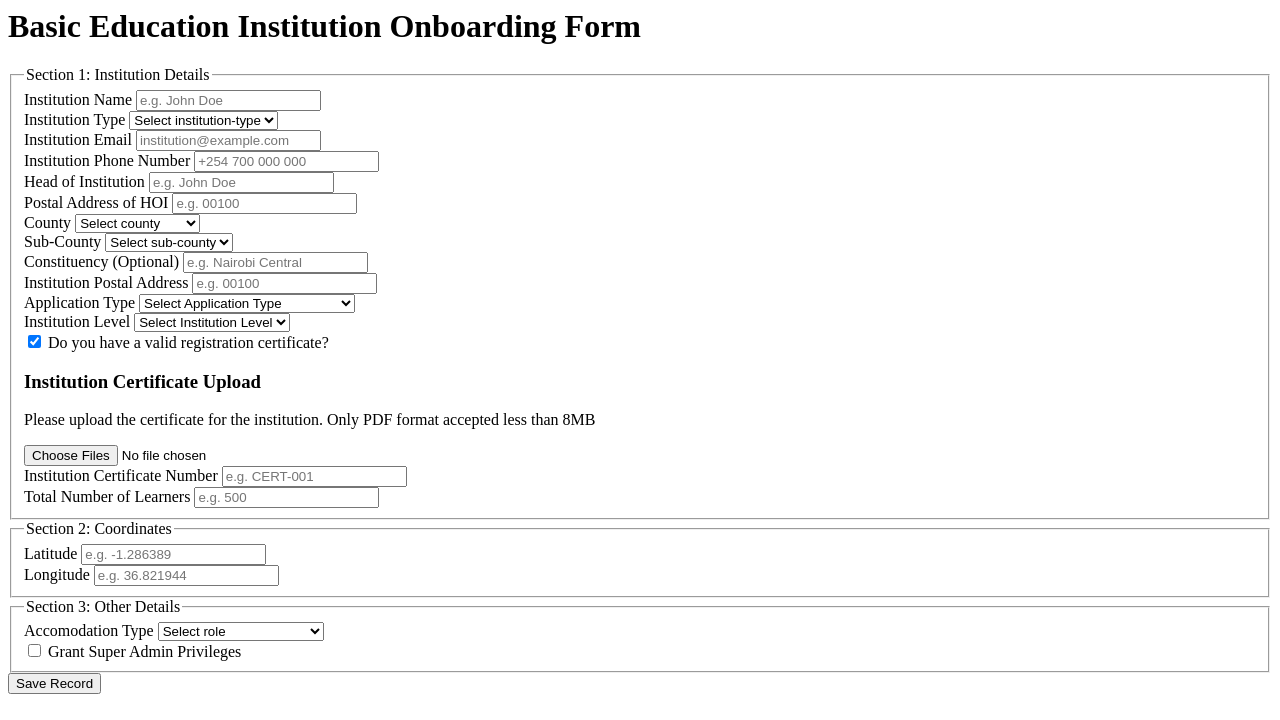
Repository: ndirituart/KEMIS
Page: angular-client/src/app/pages/basic-education/basic-education.html
An editor plug-in stored every save of this project. The page is shown before and after a run of saves, followed by the edit.
The browser window is 1280 px wide. The pictures show the whole page.

Above is the page before, as saved 2026-10-20 21:45:35.

### angular-client/src/app/pages/basic-education/basic-education.html
<div class="kemis-form-wrapper">
<form class="kemis-form" (ngSubmit)="onSubmit()" #myForm="ngForm">
<h1 class="text-center mb-4">Basic Education Institution Onboarding Form</h1>
  <!-- ========================================== -->
  <!-- Section 1: Institution Details                -->
  <!-- ========================================== -->
  <fieldset class="mb-4 p-3 border rounded">
    <legend class="float-none w-auto px-2 fs-5 fw-bold text-primary">Section 1: Institution Details</legend>

    <div class="row g-3">
      <!-- Institution Name -->
      <div class="col-md-6">
        <label for="fullName" class="form-label fw-semibold">Institution Name</label>
        <input type="text" class="form-control" id="fullName" name="fullName" placeholder="e.g. John Doe" required>
      </div>

      <!-- Type of School based on Gender -->
      <div class="col-md-6">
        <label for="institution-type" class="form-label fw-semibold">Institution Type</label>
        <select class="form-select" id="institution-type" name="institution-type" required>
          <option value="" disabled selected>Select institution-type</option>
          <option value="Boy's School">Boy's School</option>
          <option value="Girl's School">Girl's School</option>
          <option value="Mixed School">Mixed School</option>
        </select>
      </div>

      <!-- Institution Email -->
      <div class="col-md-6">
        <label for="emailId" class="form-label fw-semibold">Institution Email</label>
        <input type="email" class="form-control" id="emailId" name="emailId" placeholder="institution@example.com" required>
      </div>

      <!-- Institution Phone Number -->
      <div class="col-md-6">
        <label for="phoneNumber" class="form-label fw-semibold">Institution Phone Number</label>
        <input type="tel" class="form-control" id="phoneNumber" name="phoneNumber" placeholder="+254 700 000 000" required>
      </div>

      <!-- Head of Institution -->
      <div class="col-md-6">
        <label for="headOfInstitution" class="form-label fw-semibold">Head of Institution</label>
        <input type="text" class="form-control" id="headOfInstitution" name="headOfInstitution" placeholder="e.g. John Doe" required>
      </div>

      <!-- Postal Address of HOI -->
      <div class="col-md-6">
        <label for="postalAddressHoi" class="form-label fw-semibold">Postal Address of HOI</label>
        <input type="text" class="form-control" id="postalAddressHoi" name="postalAddressHoi" placeholder="e.g. 00100" required>
      </div>

      <!--County List-->
      <div class="col-md-6">
        <label for="county" class="form-label fw-semibold">County</label>
        <select class="form-select" id="county" name="county" required>
          <option value="" disabled selected>Select county</option>
      <option value="baringo">Baringo</option>
      <option value="bomet">Bomet</option>
      <option value="bungoma">Bungoma</option>
      <option value="busia">Busia</option>
      <option value="elgeyo marakwet">Elgeyo Marakwet</option>
      <option value="embu">Embu</option>
      <option value="garissa">Garissa</option>
      <option value="homa bay">Homa Bay</option>
      <option value="isiolo">Isiolo</option>
      <option value="kajiado">Kajiado</option>
      <option value="kakamega">Kakamega</option>
      <option value="kericho">Kericho</option>
      <option value="kiambu">Kiambu</option>
      <option value="kilifi">Kilifi</option>
      <option value="kirinyaga">Kirinyaga</option>
      <option value="kisii">Kisii</option>
      <option value="kisumu">Kisumu</option>
      <option value="kitui">Kitui</option>
      <option value="kwale">Kwale</option>
      <option value="laikipia">Laikipia</option>
      <option value="lamu">Lamu</option>
      <option value="machakos">Machakos</option>
      <option value="makueni">Makueni</option>
      <option value="mandera">Mandera</option>
      <option value="meru">Meru</option>
      <option value="migori">Migori</option>
      <option value="marsabit">Marsabit</option>
      <option value="mombasa">Mombasa</option>
      <option value="muranga">Muranga</option>
      <option value="nairobi">Nairobi</option>
      <option value="nakuru">Nakuru</option>
      <option value="nandi">Nandi</option>
      <option value="narok">Narok</option>
      <option value="nyamira">Nyamira</option>
      <option value="nyandarua">Nyandarua</option>
      <option value="nyeri">Nyeri</option>
      <option value="samburu">Samburu</option>
      <option value="siaya">Siaya</option>
      <option value="taita taveta">Taita Taveta</option>
      <option value="tana river">Tana River</option>
      <option value="tharaka nithi">Tharaka Nithi</option>
      <option value="trans nzoia">Trans Nzoia</option>
      <option value="turkana">Turkana</option>
      <option value="uasin gishu">Uasin Gishu</option>
      <option value="vihiga">Vihiga</option>
      <option value="wajir">Wajir</option>
      <option value="pokot">West Pokot</option>
  </select>
      </div>

      <!--TO-DO: Nestsed array for Sub-County List dependent on county chosen-->
      <div class="col-md-6">
        <label for="subCounty" class="form-label fw-semibold">Sub-County</label>
        <select class="form-select" id="subCounty" name="subCounty" required>
          <option value="" disabled selected>Select sub-county</option>
        </select>
      </div>

      <!--Constituency Name OPTIONAL-->
      <div class="col-md-6">
        <label for="constituency" class="form-label fw-semibold">Constituency (Optional)</label>
        <input type="text" class="form-control" id="constituency" name="constituency" placeholder="e.g. Nairobi Central">
      </div>

      <!--Institution Postal Address-->
      <div class="col-md-6">
        <label for="postalAddressInstitution" class="form-label fw-semibold">Institution Postal Address</label>
        <input type="text" class="form-control" id="postalAddressInstitution" name="postalAddressInstitution" placeholder="e.g. 00100" required>
      </div>

       <!-- Application Type -->
      <div class="col-md-6">
        <label for="application-type" class="form-label fw-semibold">Application Type</label>
        <select class="form-select" id="application-type" name="application-type" required>
          <option value="" disabled selected>Select Application Type</option>
          <option value="Regular School">Regular School</option>
          <option value="Regular School with Special Unit">Regular School with Special Unit</option>
          <option value="Special School">Special School</option>
        </select>
      </div>

       <!-- Institution Level -->
      <div class="col-md-6">
        <label for="institution-level" class="form-label fw-semibold">Institution Level</label>
        <select class="form-select" id="institution-level" name="institution-level" required>
          <option value="" disabled selected>Select Institution Level</option>
          <option value="Pre-Primary">Pre-Primary</option>
          <option value="Primary">Primary</option>
          <option value="Secondary">Secondary</option>
          <option value="High School">High School</option>
        </select>
      </div>

      <!-- Boolean Toggle (Switch) -->
      <div class="col-12 mt-3">
        <div class="form-check form-switch">
          <input class="form-check-input" type="checkbox" role="switch" id="isActive" name="isActive" checked>
          <label class="form-check-label fw-semibold" for="isActive">Do you have a valid registration certificate?</label>
        </div>
      </div>

      <!--Certificate Upload-->
      <div class="upload">
        <h3>Institution Certificate Upload</h3>
        <p class="upload__description">Please upload the certificate for the institution. Only PDF format accepted less than 8MB </p>
        <input class="upload__input" id="certificate_pdf" type="file" multiple />
        <div class="upload__files">
        </div>
      </div>

      <!--Institution Certificate Number-->
      <div class="col-md-6">
        <label for="certificateNumber" class="form-label fw-semibold">Institution Certificate Number</label>
        <input type="text" class="form-control" id="certificateNumber" name="certificateNumber" placeholder="e.g. CERT-001" required>
      </div>

      <!--Total Number of Learners-->
      <div class="col-md-6">
        <label for="totalLearners" class="form-label fw-semibold">Total Number of Learners</label>
        <input type="number" class="form-control" id="totalLearners" name="totalLearners" placeholder="e.g. 500" required>
      </div>

    </div>
  </fieldset>

  <!-- ========================================== -->
  <!-- SECTION 2: Coordinates            -->
  <!-- ========================================== -->
  <fieldset class="mb-4 p-3 border rounded">
    <legend class="float-none w-auto px-2 fs-5 fw-bold text-primary">Section 2: Coordinates</legend>

    <div class="row g-3">
      <!-- Latitude -->
      <div class="col-md-6">
        <label for="latitude" class="form-label fw-semibold">Latitude</label>
        <input type="number" class="form-control" id="latitude" name="latitude" placeholder="e.g. -1.286389" required>
      </div>

      <!-- Longitude -->
      <div class="col-md-6">
        <label for="longitude" class="form-label fw-semibold">Longitude</label>
        <input type="number" class="form-control" id="longitude" name="longitude" placeholder="e.g. 36.821944" required>
      </div>


    </div>
  </fieldset>

  <!-- ========================================== -->
  <!-- SECTION 3: Other Details                -->
  <!-- ========================================== -->
  <fieldset class="mb-4 p-3 border rounded">
    <legend class="float-none w-auto px-2 fs-5 fw-bold text-primary">Section 3: Other Details</legend>

    <div class="row g-3">

      <!-- Accomodation Type -->
      <div class="col-md-6">
        <label for="role" class="form-label fw-semibold">Accomodation Type</label>
        <select class="form-select" id="accomodation-type" name="role" required>
          <option value="" disabled selected>Select role</option>
          <option value="Admin">Admin</option>
          <option value="IT Officer">IT Officer</option>
          <option value="Head of Institution (HOI)">Head of Institution (HOI)</option>
        </select>
      </div>

      <!-- Boolean Toggle -->
      <div class="col-12 mt-3">
        <div class="form-check form-switch">
          <input class="form-check-input" type="checkbox" role="switch" id="isSuperAdmin" name="isSuperAdmin">
          <label class="form-check-label fw-semibold" for="isSuperAdmin">Grant Super Admin Privileges</label>
        </div>
      </div>
    </div>
  </fieldset>

  <!-- Submit Button -->
  <div class="d-grid gap-2 mt-4">
    <button type="submit" class="btn btn-primary btn-lg">Save Record</button>
  </div>

</form>
</div>

After the next 2 saves:
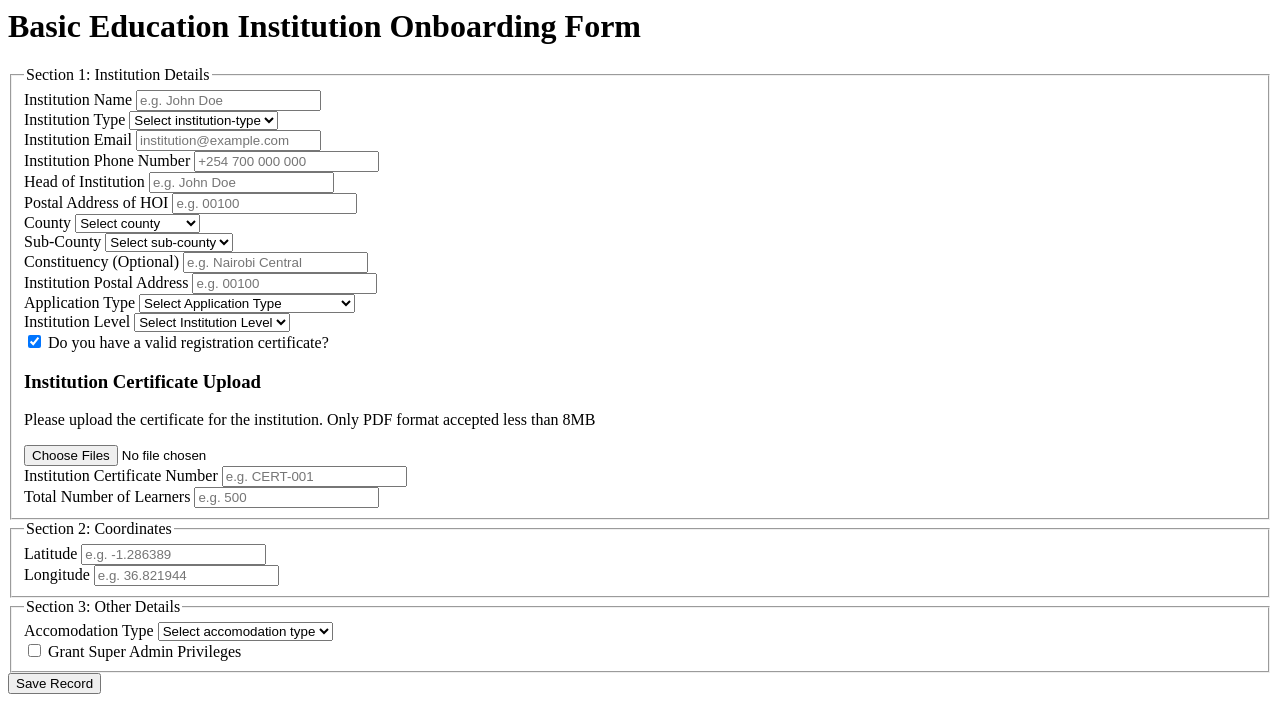
The 2 saves are shown as one change because they came seconds apart.
The last was saved 9 s later.
--- a/angular-client/src/app/pages/basic-education/basic-education.html
+++ b/angular-client/src/app/pages/basic-education/basic-education.html
@@ -212,9 +212,9 @@
 
       <!-- Accomodation Type -->
       <div class="col-md-6">
-        <label for="role" class="form-label fw-semibold">Accomodation Type</label>
-        <select class="form-select" id="accomodation-type" name="role" required>
-          <option value="" disabled selected>Select role</option>
+        <label for="accomodation-type" class="form-label fw-semibold">Accomodation Type</label>
+        <select class="form-select" id="accomodation-type" name="accomodation-type" required>
+          <option value="" disabled selected>Select accomodation type</option>
           <option value="Admin">Admin</option>
           <option value="IT Officer">IT Officer</option>
           <option value="Head of Institution (HOI)">Head of Institution (HOI)</option>
